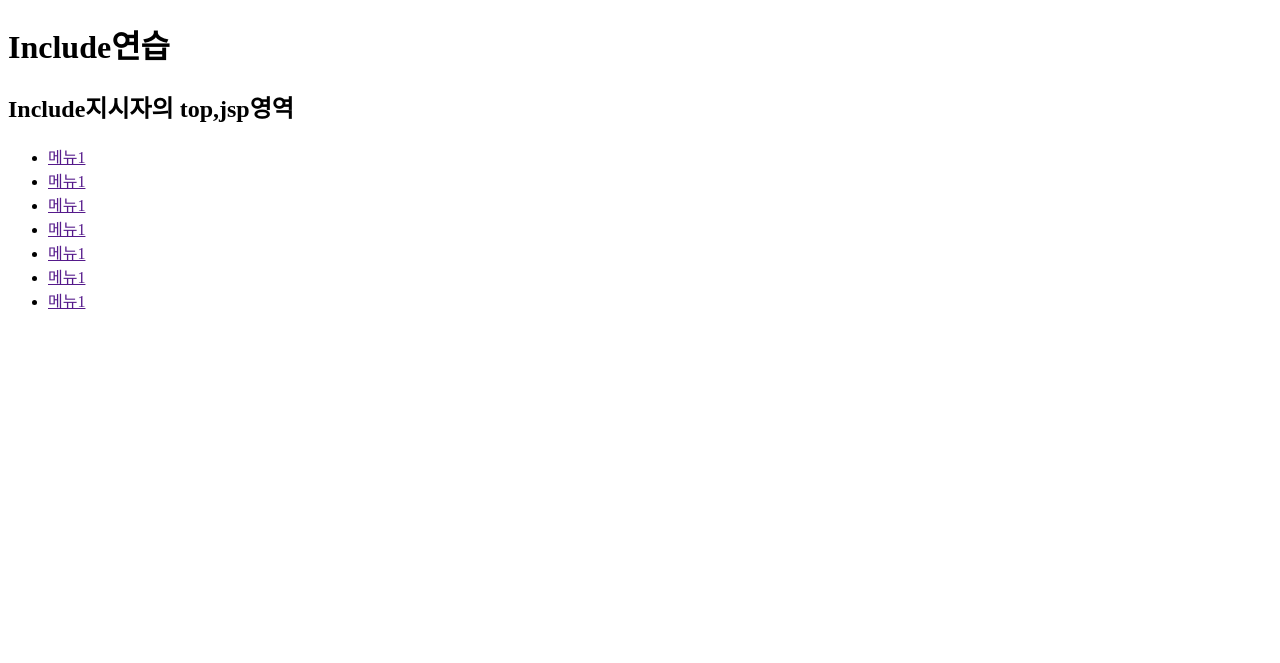
Repository: kol0372/woo
Page: http://localhost/1104/ex1_sample.jsp
An editor plug-in stored every save of this project. The page is shown before and after the next save, followed by the edit.
The browser window is 1280 px wide. The pictures show the whole page.
Some web libraries are served in a nearby version. The page is served by Tomcat 9.

Above is the page before, as saved 2014-11-04 01:13:27.

After the next save:
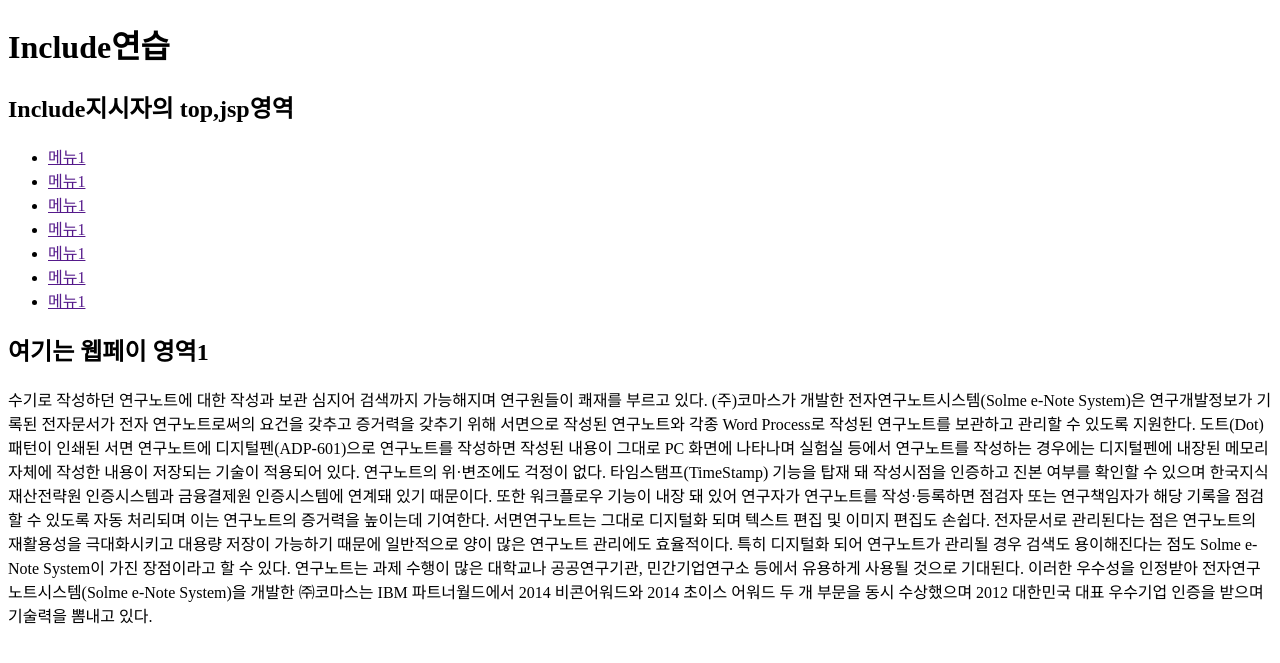
Saved 2 min 56 s later.
--- a/jspworkspace/1104/WebContent/ex1_sample.jsp
+++ b/jspworkspace/1104/WebContent/ex1_sample.jsp
@@ -15,21 +15,42 @@
 <body>
 	<div id="wrap">
 		<header class="hd">
-		<h1>Include연습</h1>
-		<h2>Include지시자의 top,jsp영역</h2>
-			<nav>
-				<ul>
-					<li><a href="">메뉴1</a></li>
-					<li><a href="">메뉴1</a></li>
-					<li><a href="">메뉴1</a></li>
-					<li><a href="">메뉴1</a></li>
-					<li><a href="">메뉴1</a></li>
-					<li><a href="">메뉴1</a></li>
-					<li><a href="">메뉴1</a></li>
+			<h1>Include연습</h1>
+			<h2>Include지시자의 top,jsp영역</h2>
+		</header>
+		<nav>
+			<ul>
+				<li><a href="">메뉴1</a></li>
+				<li><a href="">메뉴1</a></li>
+				<li><a href="">메뉴1</a></li>
+				<li><a href="">메뉴1</a></li>
+				<li><a href="">메뉴1</a></li>
+				<li><a href="">메뉴1</a></li>
+				<li><a href="">메뉴1</a></li>
 
-				</ul>
-			</nav>
-		</header>
+			</ul>
+		</nav>
+		<article>
+			<h2>여기는 웹페이 영역1</h2>
+			<p>수기로 작성하던 연구노트에 대한 작성과 보관 심지어 검색까지 가능해지며 연구원들이 쾌재를 부르고 있다.
+
+				(주)코마스가 개발한 전자연구노트시스템(Solme e-Note System)은 연구개발정보가 기록된 전자문서가 전자
+				연구노트로써의 요건을 갖추고 증거력을 갖추기 위해 서면으로 작성된 연구노트와 각종 Word Process로 작성된
+				연구노트를 보관하고 관리할 수 있도록 지원한다. 도트(Dot) 패턴이 인쇄된 서면 연구노트에 디지털펜(ADP-601)으로
+				연구노트를 작성하면 작성된 내용이 그대로 PC 화면에 나타나며 실험실 등에서 연구노트를 작성하는 경우에는 디지털펜에 내장된
+				메모리 자체에 작성한 내용이 저장되는 기술이 적용되어 있다. 연구노트의 위·변조에도 걱정이 없다.
+				타임스탬프(TimeStamp) 기능을 탑재 돼 작성시점을 인증하고 진본 여부를 확인할 수 있으며 한국지식재산전략원
+				인증시스템과 금융결제원 인증시스템에 연계돼 있기 때문이다. 또한 워크플로우 기능이 내장 돼 있어 연구자가 연구노트를
+				작성·등록하면 점검자 또는 연구책임자가 해당 기록을 점검할 수 있도록 자동 처리되며 이는 연구노트의 증거력을 높이는데
+				기여한다. 서면연구노트는 그대로 디지털화 되며 텍스트 편집 및 이미지 편집도 손쉽다. 전자문서로 관리된다는 점은 연구노트의
+				재활용성을 극대화시키고 대용량 저장이 가능하기 때문에 일반적으로 양이 많은 연구노트 관리에도 효율적이다. 특히 디지털화
+				되어 연구노트가 관리될 경우 검색도 용이해진다는 점도 Solme e-Note System이 가진 장점이라고 할 수 있다.
+
+				연구노트는 과제 수행이 많은 대학교나 공공연구기관, 민간기업연구소 등에서 유용하게 사용될 것으로 기대된다. 이러한 우수성을
+				인정받아 전자연구노트시스템(Solme e-Note System)을 개발한 ㈜코마스는 IBM 파트너월드에서 2014
+				비콘어워드와 2014 초이스 어워드 두 개 부문을 동시 수상했으며 2012 대한민국 대표 우수기업 인증을 받으며 기술력을
+				뽐내고 있다.</p>
+		</article>
 	</div>
 </body>
 </html>
